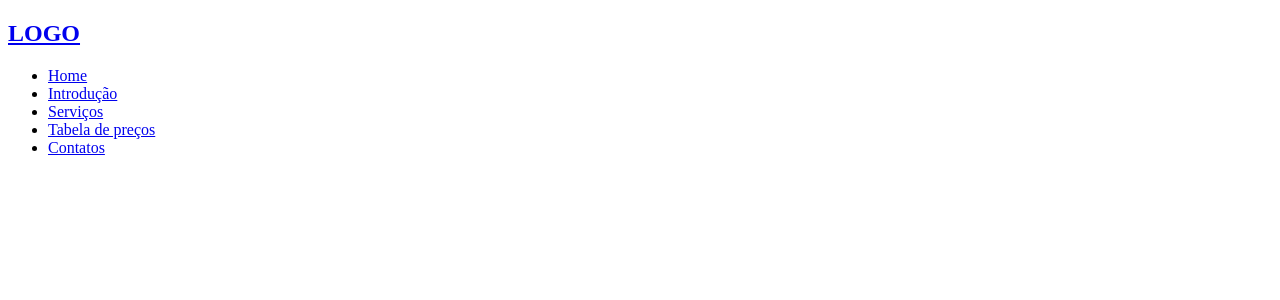
Repository: MarcioFreitasUFSC21/Proejct00
Page: ExampleSite/Assets/index2.html
An editor plug-in stored every save of this project. The page is shown before and after a run of saves, followed by the edit.
The browser window is 1280 px wide. The pictures show the whole page.

Above is the page before, as saved 2023-03-18 17:09:21.

After the next 4 saves:
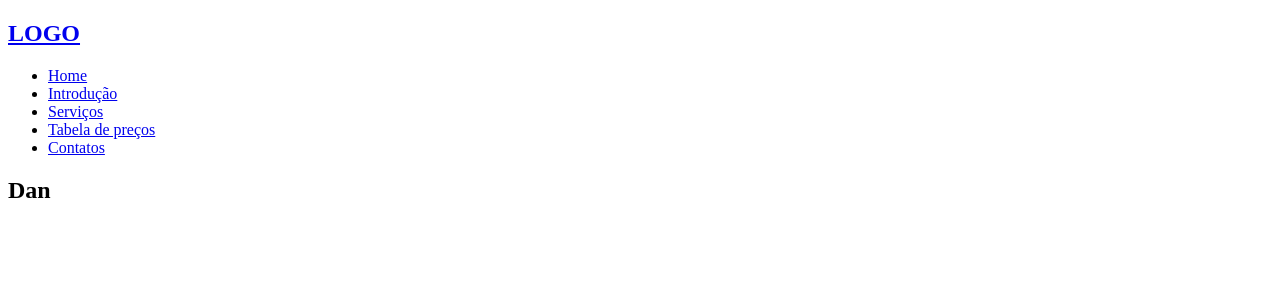
The 4 saves are shown as one change because they came seconds apart.
The last was saved 13 s later.
--- a/ExampleSite/Assets/index2.html
+++ b/ExampleSite/Assets/index2.html
@@ -24,6 +24,7 @@
     <section>
         <div>
 
+            <h2> Dan</h2>
         </div>
     </section>
 </body>
